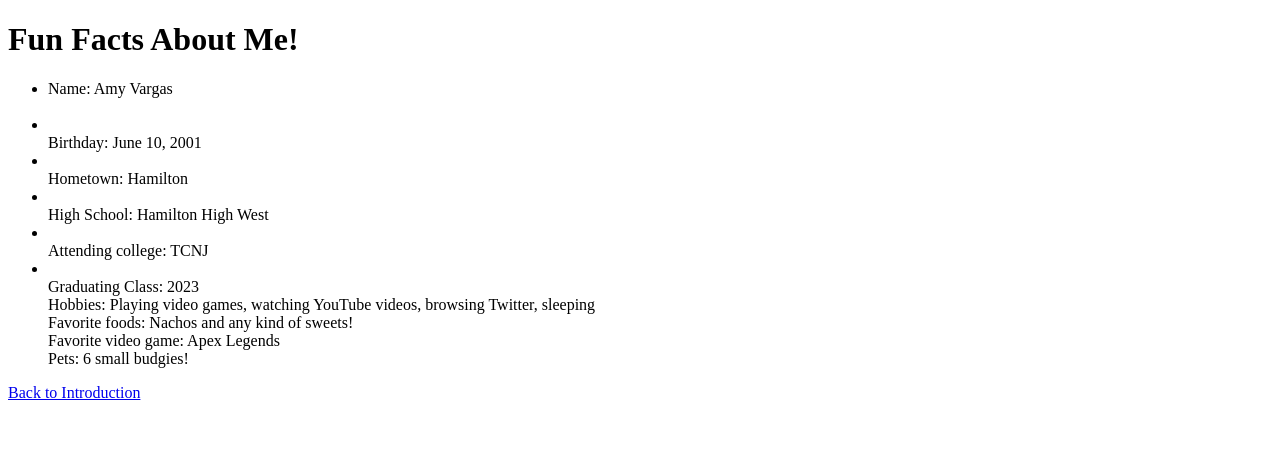
Repository: A-Vargas-GP/imm_my_website
Page: personal_site/personal/personal_facts.html
The author's editor kept a record of every edit. The page is drawn from the files as they stood at one moment, then again after the next edit.
The browser window is 1280 px wide. The pictures show the whole page.

Above is the page before.

After the next edit:
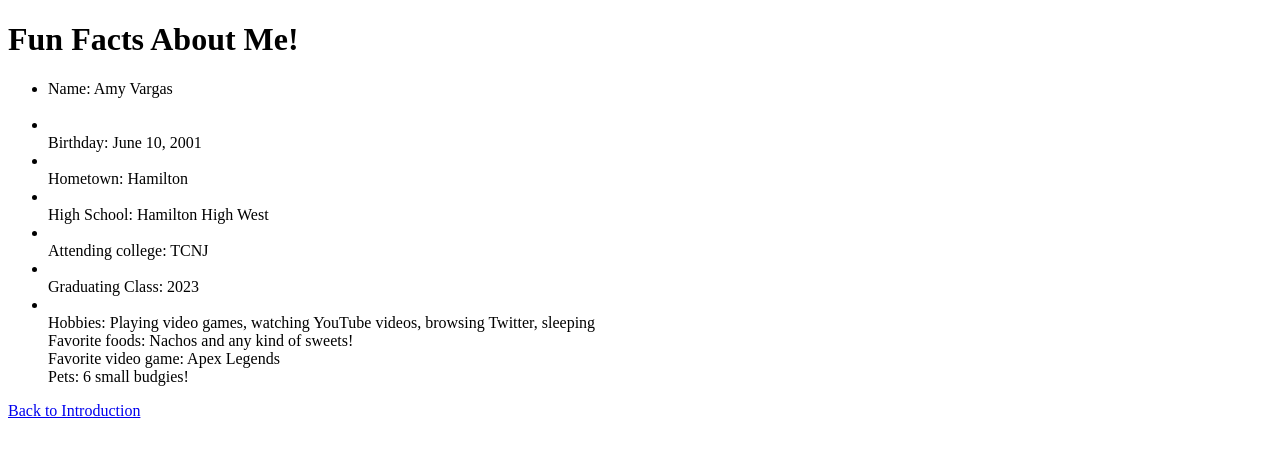
The edit:
--- a/personal_site/personal/personal_facts.html
+++ b/personal_site/personal/personal_facts.html
@@ -20,7 +20,7 @@
                 </br>
                 <li></li>Graduating Class: 2023
                 </br>
-                Hobbies: Playing video games, watching YouTube videos, browsing Twitter, sleeping
+                <li></li>Hobbies: Playing video games, watching YouTube videos, browsing Twitter, sleeping
                 </br>
                 Favorite foods: Nachos and any kind of sweets!
                 </br>
